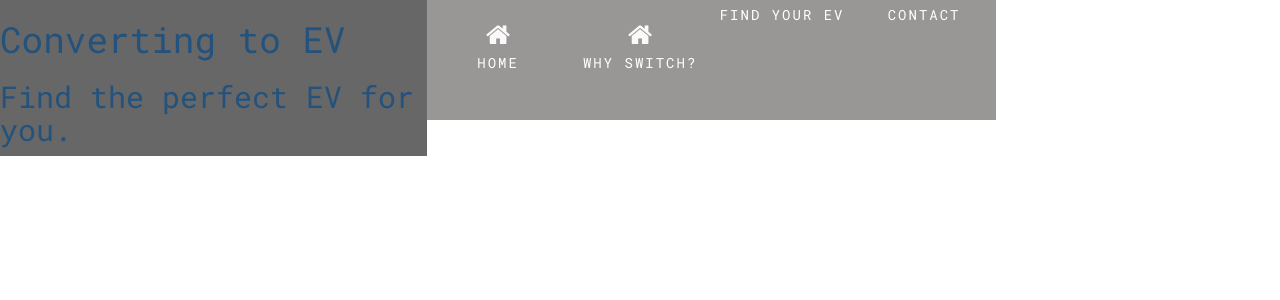
Repository: gnisco/2nd-project
Page: index.html
The author's editor kept a record of every edit. The page is drawn from the files as they stood at one moment, then again after the next edit.
The browser window is 1280 px wide. The pictures show the whole page.
Some web libraries are served in a nearby version.

Above is the page before.

After the next edit:
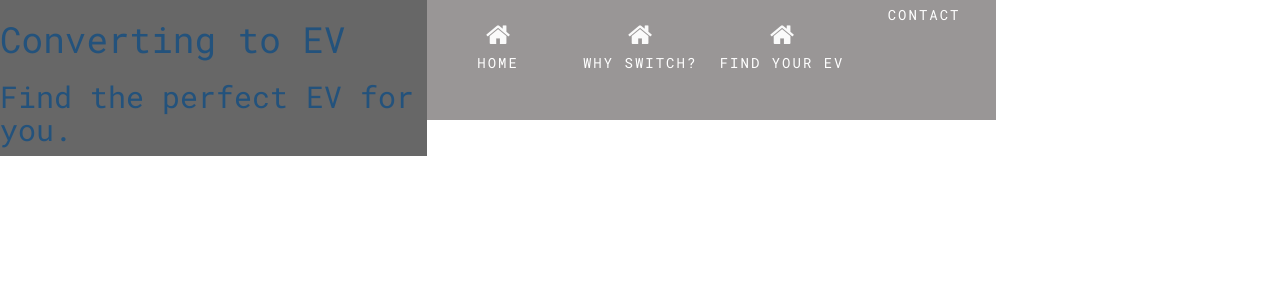
The edit:
--- a/index.html
+++ b/index.html
@@ -32,7 +32,7 @@
                             <a href="why-switch.html" class="hvr-sweep-to-top"><i class="fa fa-home" aria-hidden="true"></i><span>Why switch?</span></a>
                         </li>
                         <li class="col-xs-6 col-sm-2 ui-menu-color-find-your-ev menuitem">
-                            <a href="find-your-ev.html" class="hvr-sweep-to-top"><span>Find your EV</span></a>
+                            <a href="find-your-ev.html" class="hvr-sweep-to-top"><i class="fa fa-home" aria-hidden="true"></i><span>Find your EV</span></a>
                         </li>
                         <li class="col-xs-6 col-sm-2 ui-menu-color-contact menuitem">
                             <a href="contact.html" class="hvr-sweep-to-top"><span>Contact</span></a>
